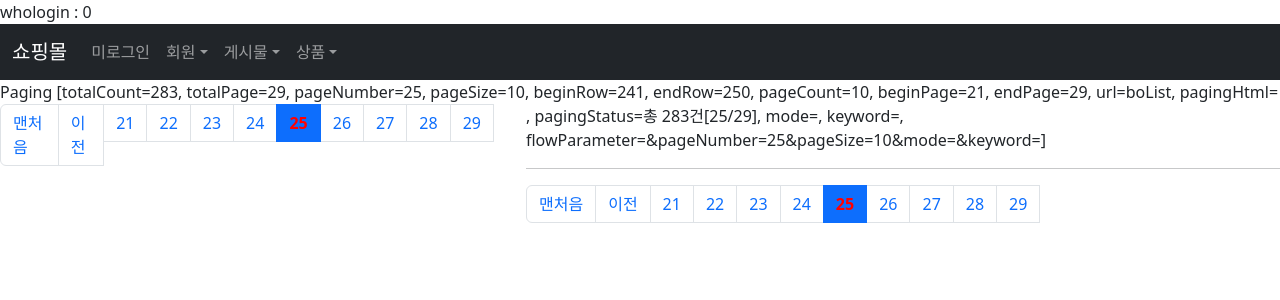
Repository: Sain-Clair/Team5
Page: http://localhost/Student/example/pageTest.jsp
An editor plug-in stored every save of this project. The page is shown before and after the next save, followed by the edit.
The browser window is 1280 px wide. The pictures show the whole page.
The page is served by Tomcat 9.

Above is the page before, as saved 2023-09-06 02:58:39.

After the next save:
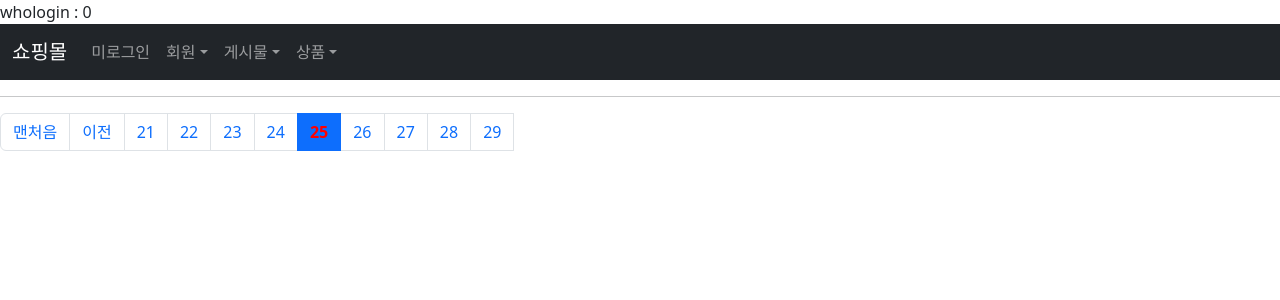
Saved 2 min 12 s later.
--- a/Student/src/main/webapp/example/pageTest.jsp
+++ b/Student/src/main/webapp/example/pageTest.jsp
@@ -22,7 +22,7 @@
 <title>Insert title here</title>
 </head>
 <body>
-	<%=pageInfo.toString()%>
+	<%-- <%=pageInfo.toString()%> --%>
 	<hr/>
 	<%=pageInfo.getPagingHtml()%>
 </body>
